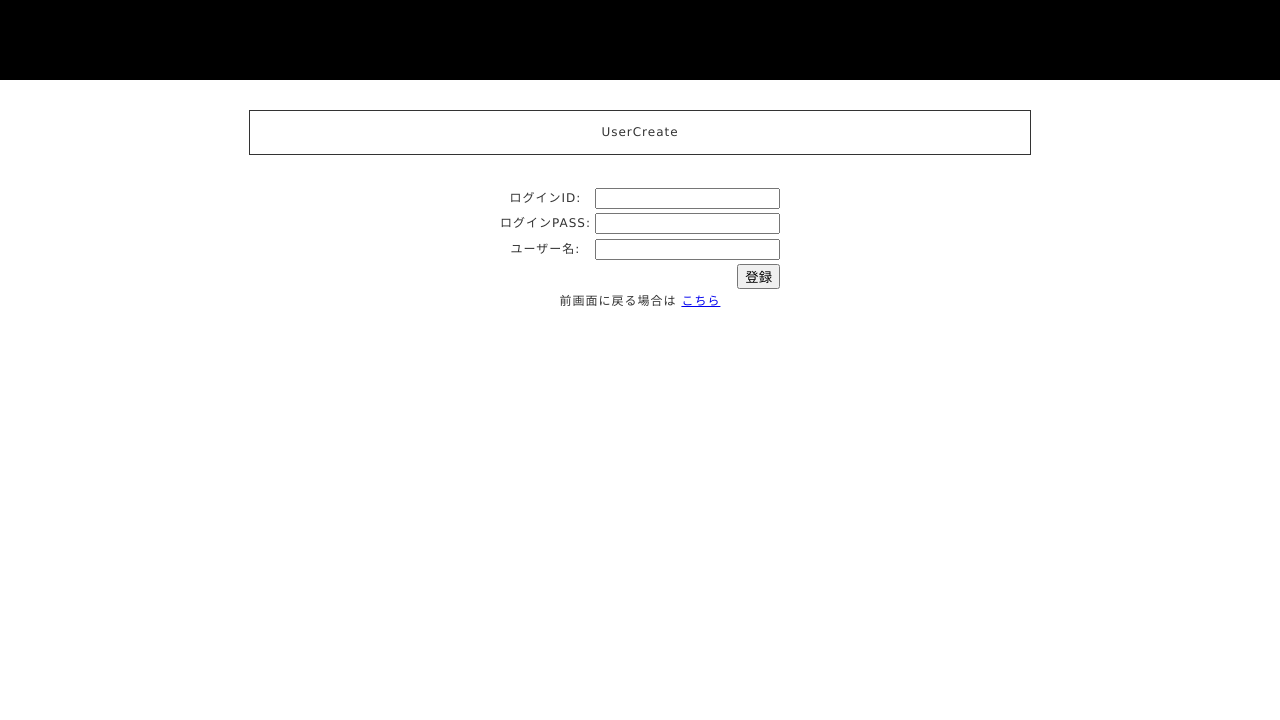
Repository: watasyaada/test
Page: http://localhost/template/userCreate.jsp
These files come from the project's save history. The page is drawn as it stood at one moment and after the next save; the edit follows.
The browser window is 1280 px wide. The pictures show the whole page.
The page is served by Tomcat 9.

Above is the page before, as saved 2018-06-20 05:36:41.

After the next save:
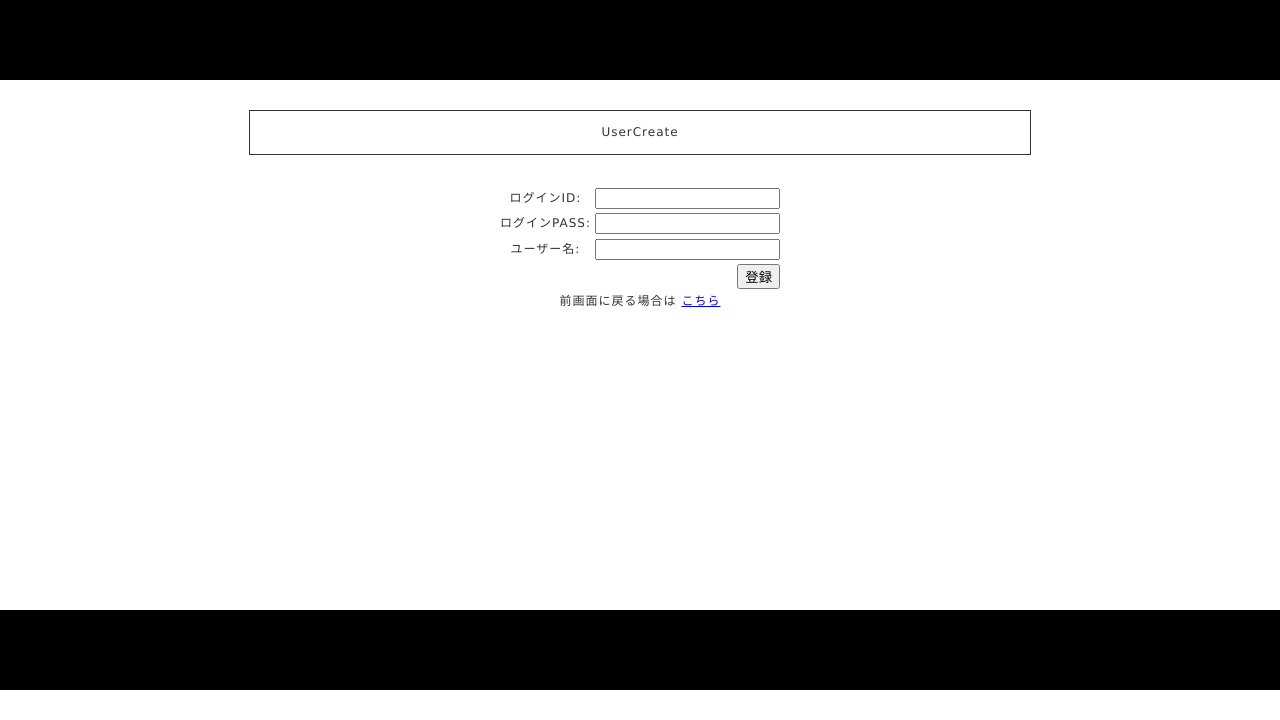
Saved 23 s later.
--- a/template/WebContent/userCreate.jsp
+++ b/template/WebContent/userCreate.jsp
@@ -49,7 +49,7 @@
     }
     #footer{
     width: 100%;
-    height: 80px
+    height: 80px;
     background-color:black;
     clear:both;
     }
